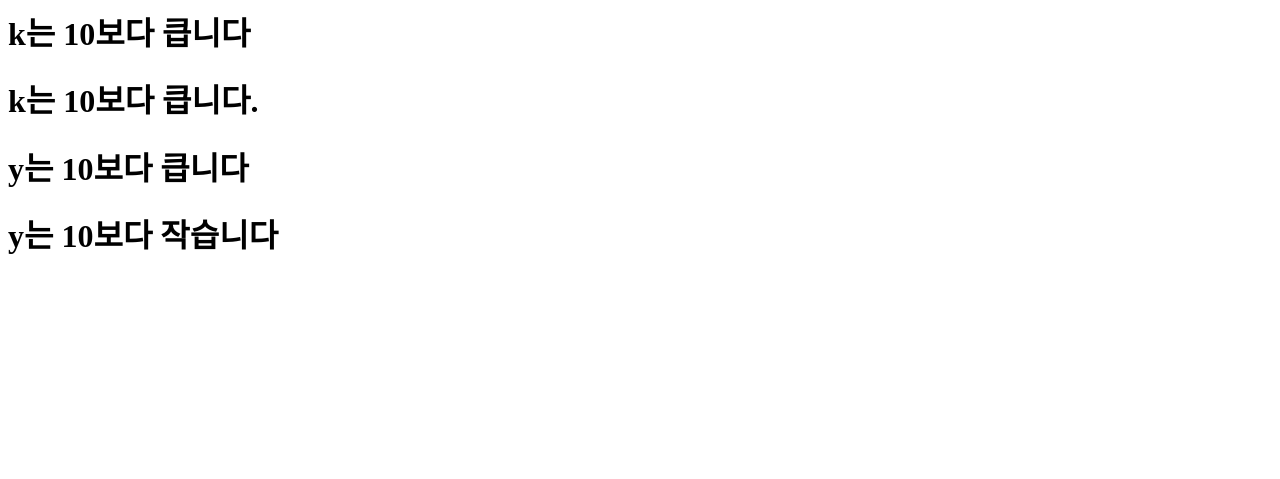
Repository: jjungee/DDIT-JSP
Page: http://localhost/JSP_JSTL/if.jsp
These files come from the project's save history. The page is drawn as it stood at one moment and after the next save; the edit follows.
The browser window is 1280 px wide. The pictures show the whole page.
The page is served by Tomcat 9.

Above is the page before, as saved 2020-11-02 02:14:22.

### JSP_JSTL/WebContent/if.jsp
<%@ page language="java" contentType="text/html; charset=UTF-8"
    pageEncoding="UTF-8"%>
<%@ page trimDirectiveWhitespaces="true" %>

<%@ taglib prefix="c" uri="http://java.sun.com/jsp/jstl/core" %>

<% int k =11;
   if (k > 10){
   out.println("<h1>k는 10보다 큽니다</h1>");
   }
%>

<c:set var="k" value="11" />
<c:if test="${k>10 }" >
   <h1>k는 10보다 큽니다.</h1>
</c:if>

<% int y =11;
   if (y > 10){
   out.println("<h1>y는 10보다 큽니다</h1>");
   }else{
   out.println("<h1>y는 10보다 작습니다</h1>");
   }
%>

<c:set var="y" value="10" />
<c:choose>
   <c:when test="${y >10 }">
      <h1>y는 10보다 큽니다</h1>
   </c:when>
   <c:otherwise>
      <h1>y는 10보다 작습니다</h1>
   </c:otherwise>
</c:choose>

After the next save:
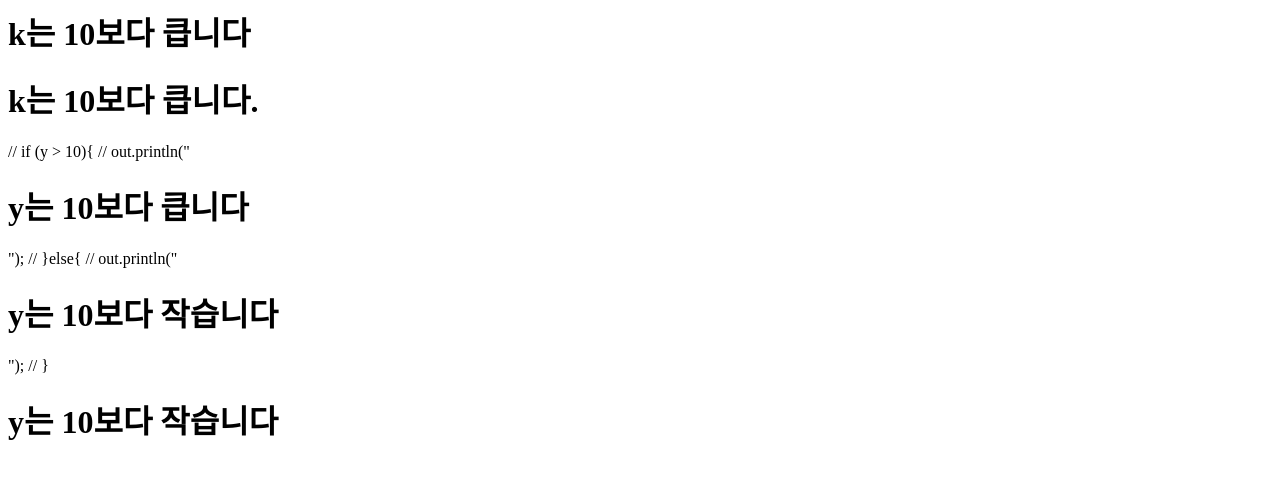
Saved 84 s later.
--- a/JSP_JSTL/WebContent/if.jsp
+++ b/JSP_JSTL/WebContent/if.jsp
@@ -15,13 +15,13 @@
    <h1>k는 10보다 큽니다.</h1>
 </c:if>
 
-<% int y =11;
-   if (y > 10){
-   out.println("<h1>y는 10보다 큽니다</h1>");
-   }else{
-   out.println("<h1>y는 10보다 작습니다</h1>");
-   }
-%>
+<%-- <% int y =11; --%>
+//    if (y > 10){
+//    out.println("<h1>y는 10보다 큽니다</h1>");
+//    }else{
+//    out.println("<h1>y는 10보다 작습니다</h1>");
+//    }
+<%-- %> --%>
 
 <c:set var="y" value="10" />
 <c:choose>

After the save that followed:
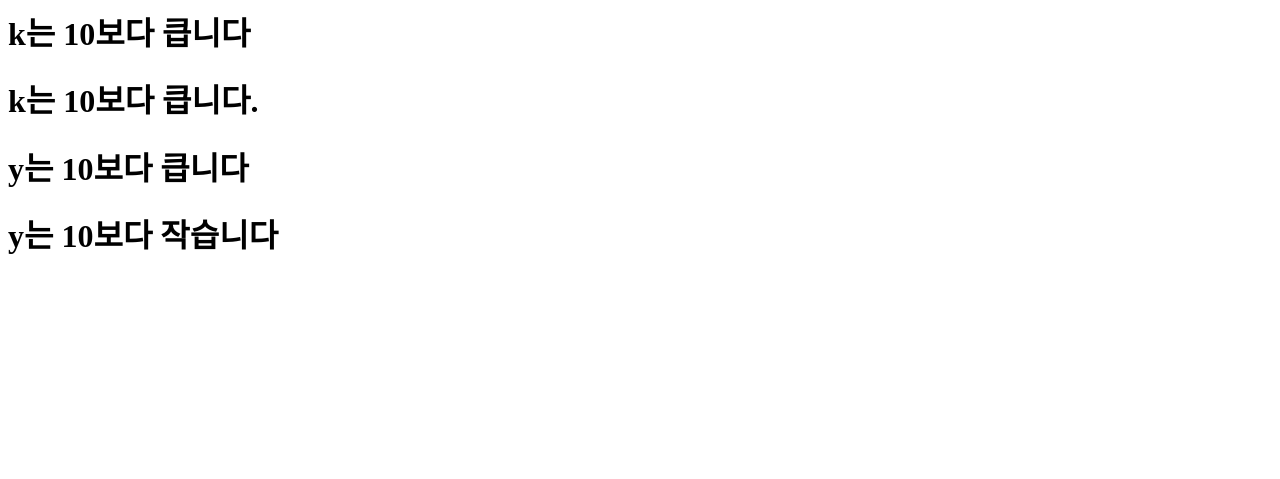
Saved 10 s later.
--- a/JSP_JSTL/WebContent/if.jsp
+++ b/JSP_JSTL/WebContent/if.jsp
@@ -15,13 +15,13 @@
    <h1>k는 10보다 큽니다.</h1>
 </c:if>
 
-<%-- <% int y =11; --%>
-//    if (y > 10){
-//    out.println("<h1>y는 10보다 큽니다</h1>");
-//    }else{
-//    out.println("<h1>y는 10보다 작습니다</h1>");
-//    }
-<%-- %> --%>
+<% int y =11;
+   if (y > 10){
+   out.println("<h1>y는 10보다 큽니다</h1>");
+   }else{
+   out.println("<h1>y는 10보다 작습니다</h1>");
+   }
+%>
 
 <c:set var="y" value="10" />
 <c:choose>
